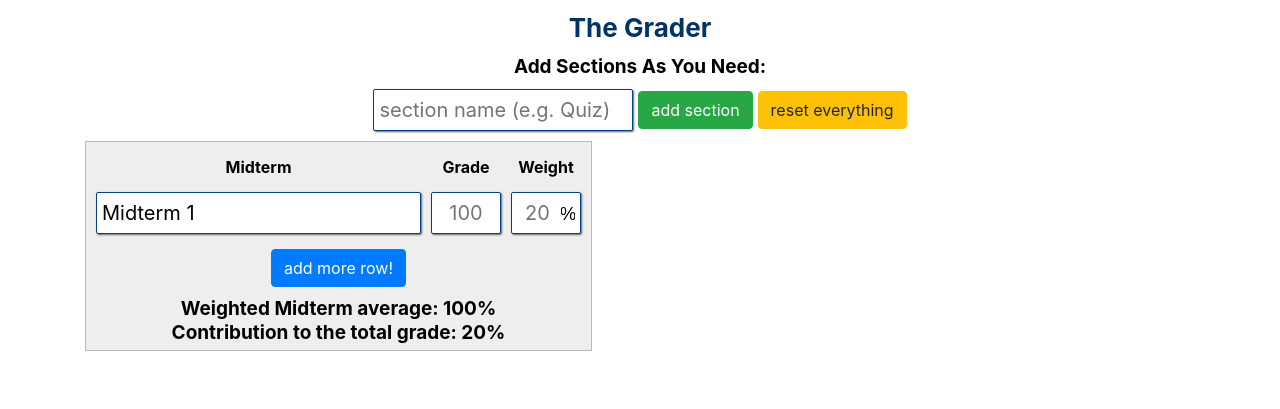
Repository: BarishNamazov/BarishNamazov.github.io
Page: thegrader/index.html
An editor plug-in stored every save of this project. The page is shown before and after the next save, followed by the edit.
The browser window is 1280 px wide. The pictures show the whole page.

Above is the page before, as saved 2020-10-31 18:55:30.

After the next save:
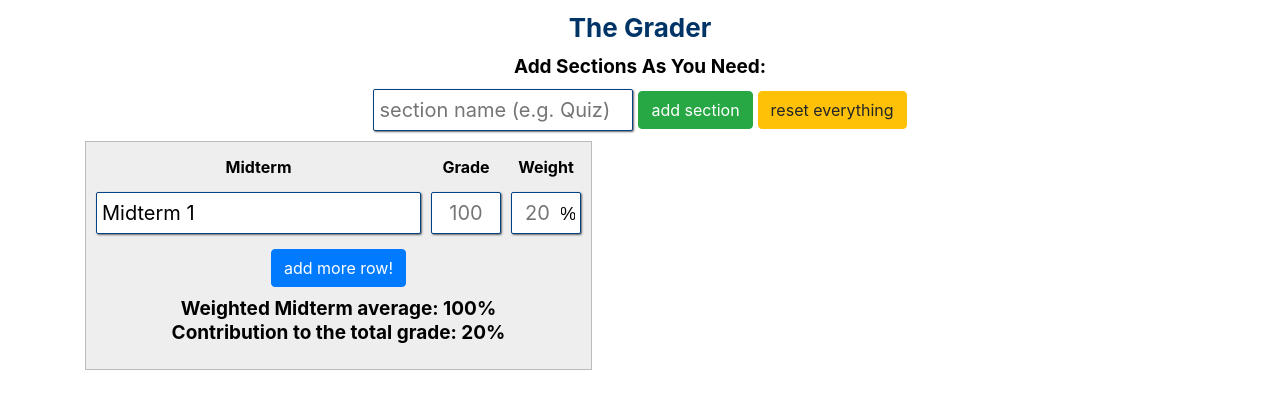
Saved 85 s later.
--- a/thegrader/index.html
+++ b/thegrader/index.html
@@ -52,6 +52,9 @@
                       Weighted <span class="nameOfSection">Midterm</span> average: <span class="sectionAverage">100</span>%
                       <br>
                       Contribution to the total grade: <span class="sectionContribution">20</span>%
+                      <div class="failSafe">
+                        <br
+                      </div>
                     </h3>
 
                   </div>
